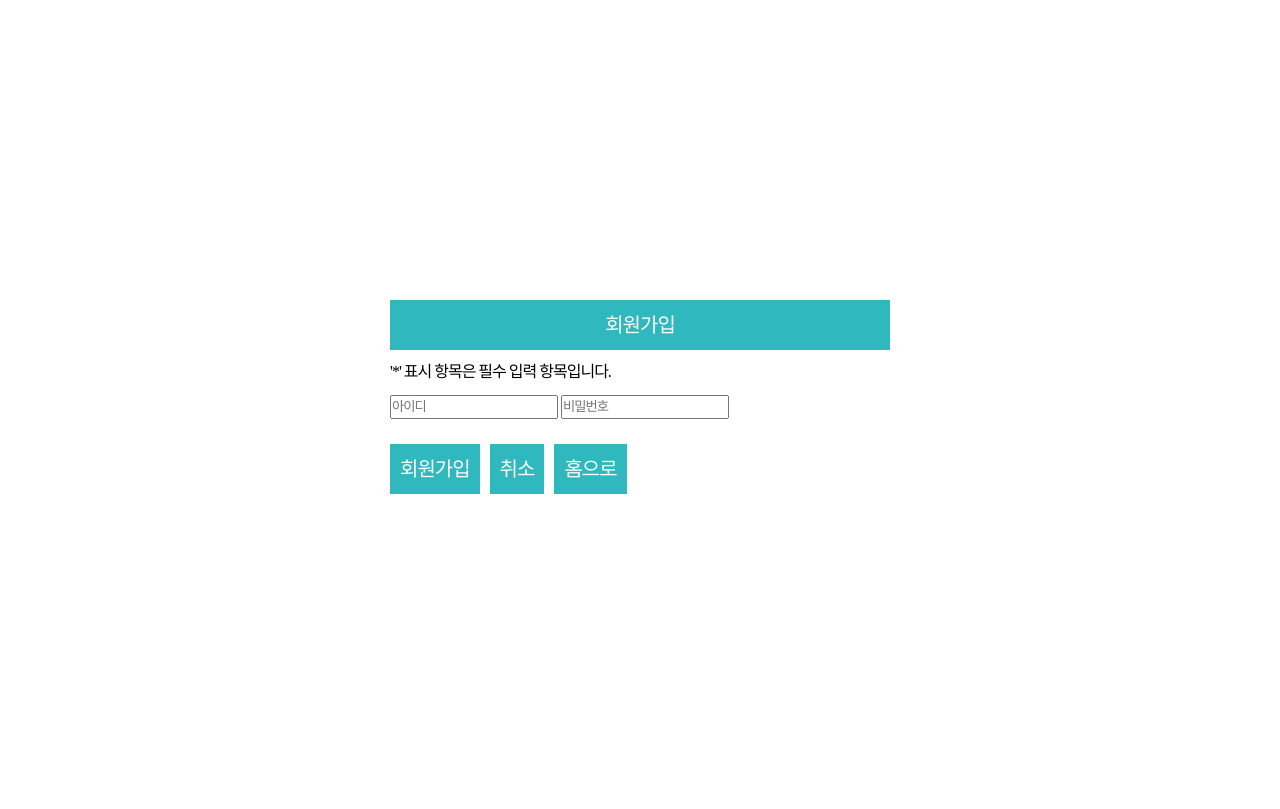
Repository: InhoKang92/jsp_1018
Page: http://localhost/Web_01/join.jsp
These files come from the project's save history. The page is drawn as it stood at one moment and after the next save; the edit follows.
The browser window is 1280 px wide. The pictures show the whole page.
Some web fonts or font styles are not loaded; a fallback is used. The page is served by Tomcat 9.

Above is the page before, as saved 2024-10-16 02:03:44.

After the next save:
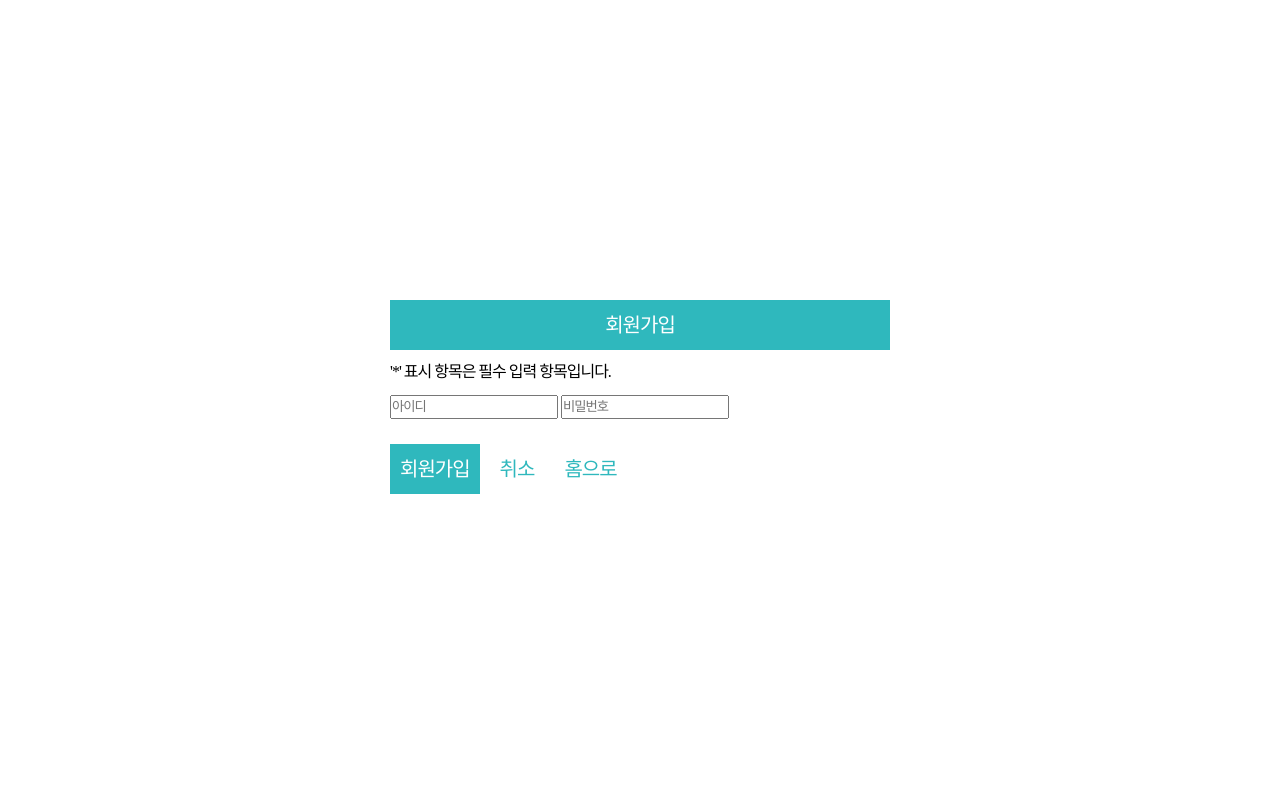
Saved 18 s later.
--- a/Web_01/src/main/webapp/css/join.css
+++ b/Web_01/src/main/webapp/css/join.css
@@ -38,9 +38,9 @@
 
 .reset_btn {
 	text-align: center;
-	background-color: #2fb8bd;
+	background-color: #fff;
     border: none;
-    color: #fff;
+    color: #2fb8bd;
     font-size: 20px;
     padding: 10px;
     margin-top: 25px;
@@ -50,9 +50,9 @@
 
 .home_btn {
 	text-align: center;
-	background-color: #2fb8bd;
+	background-color: #fff;
     border: none;
-    color: #fff;
+    color: #2fb8bd;
     font-size: 20px;
     padding: 10px;
     margin-top: 25px;
